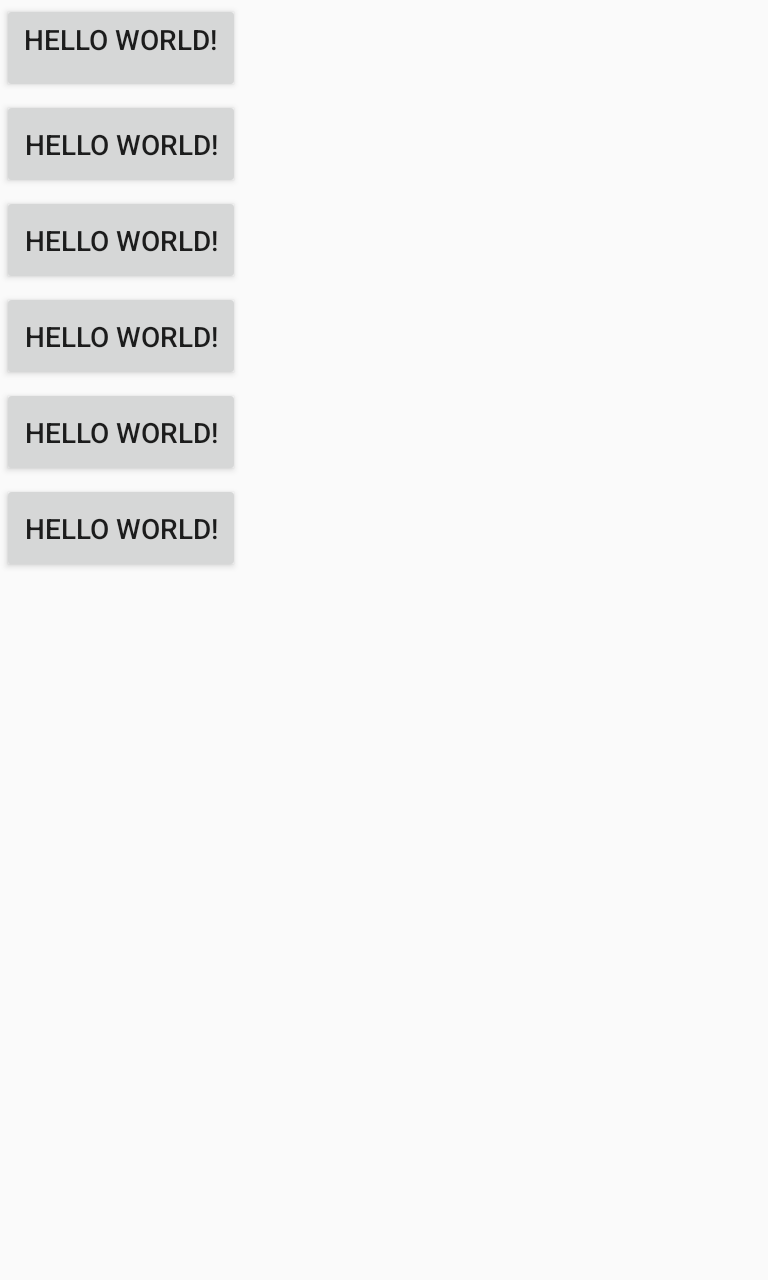
Repository: A207/guanjingjing
Layout: day4/Second/res/layout/activity_main.xml
An editor plug-in stored every save of this project. The layout is shown before and after the next save, followed by the edit.
It is drawn on a 768 x 1280 px phone screen (xhdpi) without system bars, with theme AppTheme; the app's code is not run.

Above is the layout before, as saved 2015-07-09 10:23:08.

After the next save:
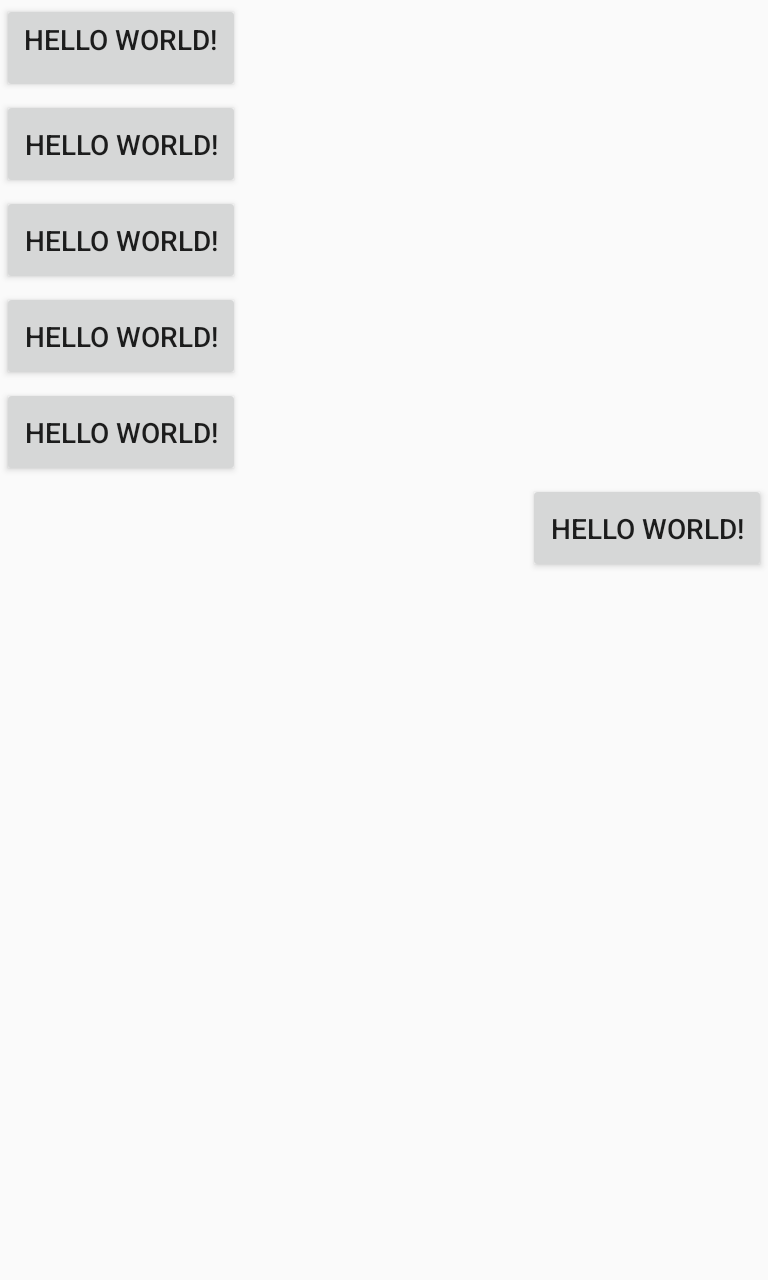
Saved 105 s later.
--- a/day4/Second/res/layout/activity_main.xml
+++ b/day4/Second/res/layout/activity_main.xml
@@ -29,6 +29,7 @@
     <Button
         android:layout_width="wrap_content"
         android:layout_height="wrap_content"
-        android:text="@string/hello_world" />
+        android:text="@string/hello_world"
+        android:layout_gravity="right" />
 
 </LinearLayout>
